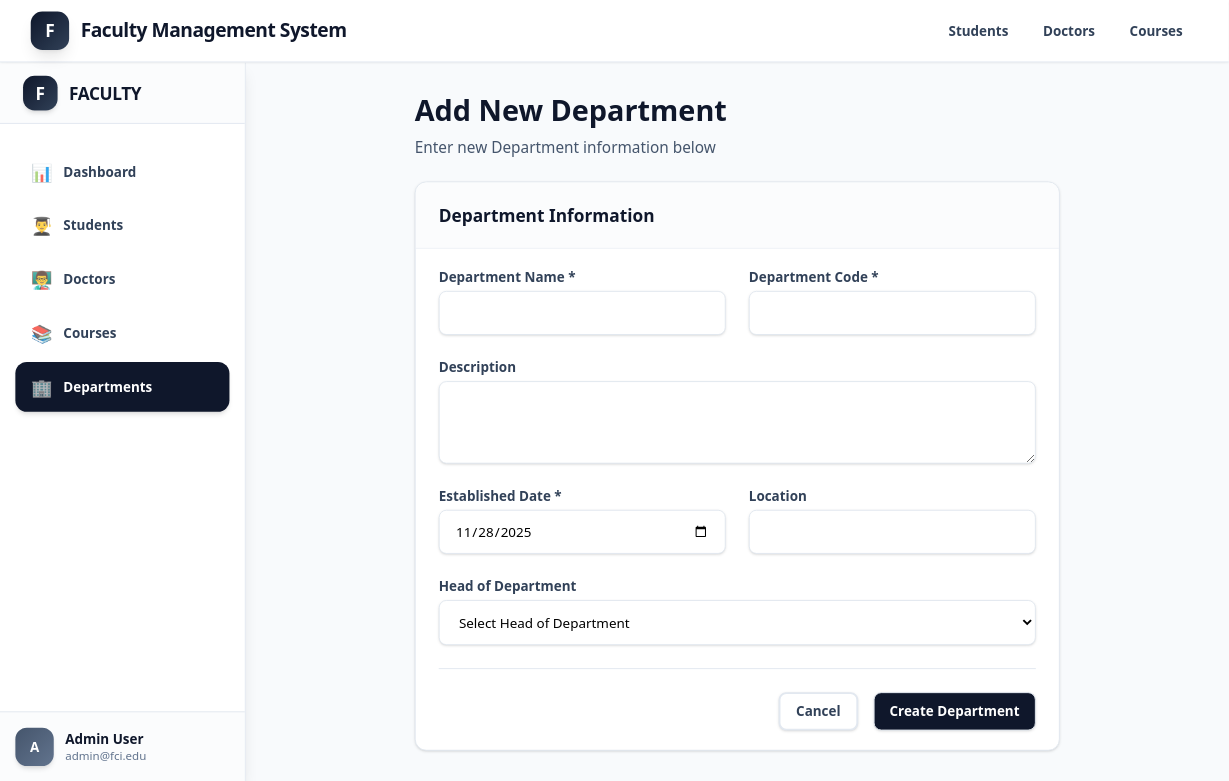
Repository: Mohamedmohsen179/Advanced-DB-Task
Page: /departments/new (app in frontend/)
An editor plug-in stored every save of this project. The page is shown before and after the next save, followed by the edit.
The browser window is 1280 px wide. The pictures show the whole page, at 96% of full size.
The page's requests for data from a server got no answer. The project was rebuilt for these pictures with package versions that can differ from the ones it lists, and the page was loaded fresh each time. The framework's server and built-in components were replaced by stand-ins that run in the browser. No one was signed in, and anything a server would have sent is missing. Also part of the build but not shown: frontend/next.config.ts.

Above is the page before, as saved 2025-11-29 01:51:14.

After the next save:
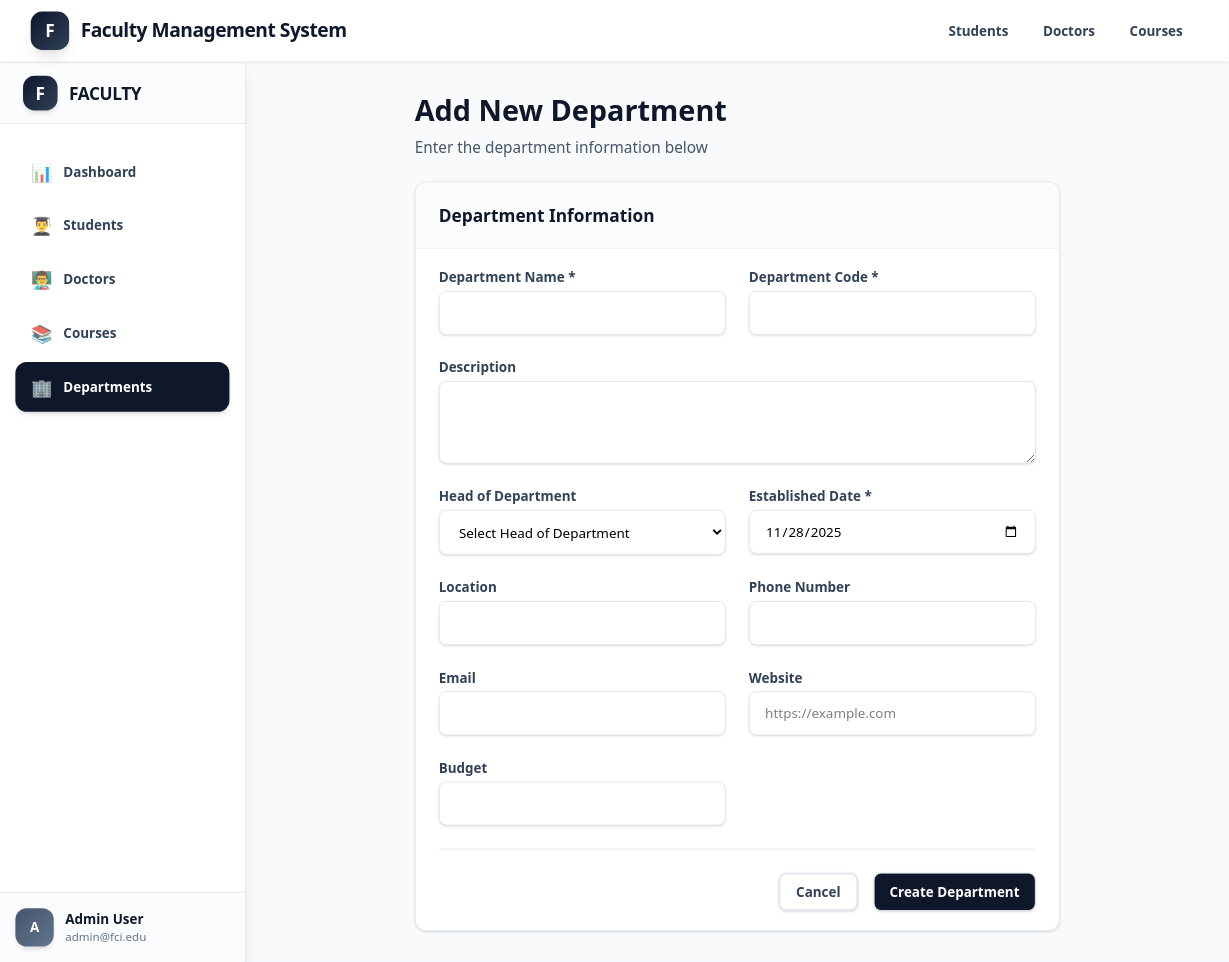
Saved 50 s later.
--- a/frontend/app/departments/new/page.tsx
+++ b/frontend/app/departments/new/page.tsx
@@ -42,6 +42,7 @@
   };
 
   const handleInputChange = (e: React.ChangeEvent<HTMLInputElement | HTMLSelectElement | HTMLTextAreaElement>) => {
+    z
   };
 
   const handleSubmit = async (e: React.FormEvent) => {
@@ -55,11 +56,11 @@
       if (response.success) {
         router.push('/departments');
       } else {
-        setError('Failed to create the new Department');
+        setError('Failed to create department');
       }
     } catch (err) {
-      setError('An error occurred while creating the Department');
-      console.error('Error creating Department:', err);
+      setError('An error occurred while creating the department');
+      console.error('Error creating department:', err);
     } finally {
       setLoading(false);
     }
@@ -70,7 +71,7 @@
       <div className="mb-6">
         <h1 className="text-3xl font-bold text-slate-900">Add New Department</h1>
         <p className="mt-2 text-base text-slate-600">
-          Enter new Department information below
+          Enter the department information below
         </p>
       </div>
 
@@ -144,6 +145,26 @@
               </div>
 
               <div>
+                <label htmlFor="headOfDepartmentId" className="block text-sm font-semibold text-slate-700">
+                  Head of Department
+                </label>
+                <select
+                  id="headOfDepartmentId"
+                  name="headOfDepartmentId"
+                  value={formData.headOfDepartmentId || ''}
+                  onChange={handleInputChange}
+                  className="text-black mt-1 block w-full border border-slate-300 rounded-lg px-4 py-3 text-sm focus:outline-none focus:ring-2 focus:ring-slate-500 focus:border-slate-500 transition-all duration-200 bg-white shadow-sm"
+                >
+                  <option value="">Select Head of Department</option>
+                  {doctors.map(doctor => (
+                    <option key={doctor.id} value={doctor.id}>
+                      Dr. {doctor.firstName} {doctor.lastName}
+                    </option>
+                  ))}
+                </select>
+              </div>
+
+              <div>
                 <label htmlFor="establishedDate" className="block text-sm font-semibold text-slate-700">
                   Established Date *
                 </label>
@@ -171,26 +192,65 @@
                   className="text-black mt-1 block w-full border border-slate-300 rounded-lg px-4 py-3 text-sm focus:outline-none focus:ring-2 focus:ring-slate-500 focus:border-slate-500 transition-all duration-200 bg-white shadow-sm"
                 />
               </div>
-            </div>
-
-            <div>
-              <label htmlFor="headOfDepartmentId" className="block text-sm font-semibold text-slate-700">
-                Head of Department
-              </label>
-              <select
-                id="headOfDepartmentId"
-                name="headOfDepartmentId"
-                value={formData.headOfDepartmentId || ''}
-                onChange={handleInputChange}
-                className="text-black mt-1 block w-full border border-slate-300 rounded-lg px-4 py-3 text-sm focus:outline-none focus:ring-2 focus:ring-slate-500 focus:border-slate-500 transition-all duration-200 bg-white shadow-sm"
-              >
-                <option value="">Select Head of Department</option>
-                {doctors.map(doctor => (
-                  <option key={doctor.id} value={doctor.id}>
-                    Dr. {doctor.firstName} {doctor.lastName}
-                  </option>
-                ))}
-              </select>
+
+              <div>
+                <label htmlFor="phoneNumber" className="block text-sm font-semibold text-slate-700">
+                  Phone Number
+                </label>
+                <input
+                  type="tel"
+                  id="phoneNumber"
+                  name="phoneNumber"
+                  value={formData.phoneNumber}
+                  onChange={handleInputChange}
+                  className="text-black mt-1 block w-full border border-slate-300 rounded-lg px-4 py-3 text-sm focus:outline-none focus:ring-2 focus:ring-slate-500 focus:border-slate-500 transition-all duration-200 bg-white shadow-sm"
+                />
+              </div>
+
+              <div>
+                <label htmlFor="email" className="block text-sm font-semibold text-slate-700">
+                  Email
+                </label>
+                <input
+                  type="email"
+                  id="email"
+                  name="email"
+                  value={formData.email}
+                  onChange={handleInputChange}
+                  className="text-black mt-1 block w-full border border-slate-300 rounded-lg px-4 py-3 text-sm focus:outline-none focus:ring-2 focus:ring-slate-500 focus:border-slate-500 transition-all duration-200 bg-white shadow-sm"
+                />
+              </div>
+
+              <div>
+                <label htmlFor="website" className="block text-sm font-semibold text-slate-700">
+                  Website
+                </label>
+                <input
+                  type="url"
+                  id="website"
+                  name="website"
+                  value={formData.website}
+                  onChange={handleInputChange}
+                  placeholder="https://example.com"
+                  className="text-black mt-1 block w-full border border-slate-300 rounded-lg px-4 py-3 text-sm focus:outline-none focus:ring-2 focus:ring-slate-500 focus:border-slate-500 transition-all duration-200 bg-white shadow-sm"
+                />
+              </div>
+
+              <div>
+                <label htmlFor="budget" className="block text-sm font-semibold text-slate-700">
+                  Budget
+                </label>
+                <input
+                  type="number"
+                  id="budget"
+                  name="budget"
+                  min="0"
+                  step="0.01"
+                  value={formData.budget || ''}
+                  onChange={handleInputChange}
+                  className="text-black mt-1 block w-full border border-slate-300 rounded-lg px-4 py-3 text-sm focus:outline-none focus:ring-2 focus:ring-slate-500 focus:border-slate-500 transition-all duration-200 bg-white shadow-sm"
+                />
+              </div>
             </div>
 
             <div className="flex justify-end space-x-4 pt-6 border-t border-slate-200">

After the 3 saves that followed:
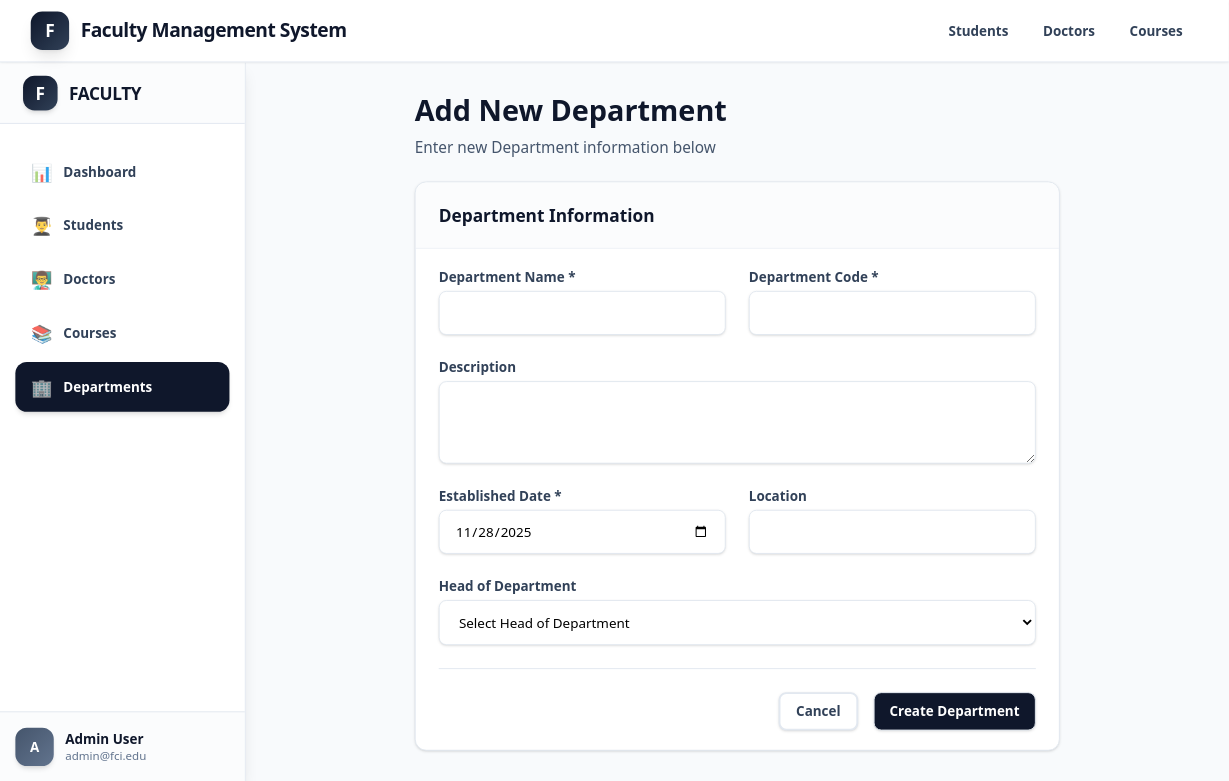
The 3 saves are shown as one change because 2 left the picture as it was.
The last was saved 27 s later.
--- a/frontend/app/departments/new/page.tsx
+++ b/frontend/app/departments/new/page.tsx
@@ -42,7 +42,6 @@
   };
 
   const handleInputChange = (e: React.ChangeEvent<HTMLInputElement | HTMLSelectElement | HTMLTextAreaElement>) => {
-    z
   };
 
   const handleSubmit = async (e: React.FormEvent) => {
@@ -56,11 +55,11 @@
       if (response.success) {
         router.push('/departments');
       } else {
-        setError('Failed to create department');
+        setError('Failed to create the new Department');
       }
     } catch (err) {
-      setError('An error occurred while creating the department');
-      console.error('Error creating department:', err);
+      setError('An error occurred while creating the Department');
+      console.error('Error creating Department:', err);
     } finally {
       setLoading(false);
     }
@@ -71,7 +70,7 @@
       <div className="mb-6">
         <h1 className="text-3xl font-bold text-slate-900">Add New Department</h1>
         <p className="mt-2 text-base text-slate-600">
-          Enter the department information below
+          Enter new Department information below
         </p>
       </div>
 
@@ -145,26 +144,6 @@
               </div>
 
               <div>
-                <label htmlFor="headOfDepartmentId" className="block text-sm font-semibold text-slate-700">
-                  Head of Department
-                </label>
-                <select
-                  id="headOfDepartmentId"
-                  name="headOfDepartmentId"
-                  value={formData.headOfDepartmentId || ''}
-                  onChange={handleInputChange}
-                  className="text-black mt-1 block w-full border border-slate-300 rounded-lg px-4 py-3 text-sm focus:outline-none focus:ring-2 focus:ring-slate-500 focus:border-slate-500 transition-all duration-200 bg-white shadow-sm"
-                >
-                  <option value="">Select Head of Department</option>
-                  {doctors.map(doctor => (
-                    <option key={doctor.id} value={doctor.id}>
-                      Dr. {doctor.firstName} {doctor.lastName}
-                    </option>
-                  ))}
-                </select>
-              </div>
-
-              <div>
                 <label htmlFor="establishedDate" className="block text-sm font-semibold text-slate-700">
                   Established Date *
                 </label>
@@ -192,65 +171,26 @@
                   className="text-black mt-1 block w-full border border-slate-300 rounded-lg px-4 py-3 text-sm focus:outline-none focus:ring-2 focus:ring-slate-500 focus:border-slate-500 transition-all duration-200 bg-white shadow-sm"
                 />
               </div>
-
-              <div>
-                <label htmlFor="phoneNumber" className="block text-sm font-semibold text-slate-700">
-                  Phone Number
-                </label>
-                <input
-                  type="tel"
-                  id="phoneNumber"
-                  name="phoneNumber"
-                  value={formData.phoneNumber}
-                  onChange={handleInputChange}
-                  className="text-black mt-1 block w-full border border-slate-300 rounded-lg px-4 py-3 text-sm focus:outline-none focus:ring-2 focus:ring-slate-500 focus:border-slate-500 transition-all duration-200 bg-white shadow-sm"
-                />
-              </div>
-
-              <div>
-                <label htmlFor="email" className="block text-sm font-semibold text-slate-700">
-                  Email
-                </label>
-                <input
-                  type="email"
-                  id="email"
-                  name="email"
-                  value={formData.email}
-                  onChange={handleInputChange}
-                  className="text-black mt-1 block w-full border border-slate-300 rounded-lg px-4 py-3 text-sm focus:outline-none focus:ring-2 focus:ring-slate-500 focus:border-slate-500 transition-all duration-200 bg-white shadow-sm"
-                />
-              </div>
-
-              <div>
-                <label htmlFor="website" className="block text-sm font-semibold text-slate-700">
-                  Website
-                </label>
-                <input
-                  type="url"
-                  id="website"
-                  name="website"
-                  value={formData.website}
-                  onChange={handleInputChange}
-                  placeholder="https://example.com"
-                  className="text-black mt-1 block w-full border border-slate-300 rounded-lg px-4 py-3 text-sm focus:outline-none focus:ring-2 focus:ring-slate-500 focus:border-slate-500 transition-all duration-200 bg-white shadow-sm"
-                />
-              </div>
-
-              <div>
-                <label htmlFor="budget" className="block text-sm font-semibold text-slate-700">
-                  Budget
-                </label>
-                <input
-                  type="number"
-                  id="budget"
-                  name="budget"
-                  min="0"
-                  step="0.01"
-                  value={formData.budget || ''}
-                  onChange={handleInputChange}
-                  className="text-black mt-1 block w-full border border-slate-300 rounded-lg px-4 py-3 text-sm focus:outline-none focus:ring-2 focus:ring-slate-500 focus:border-slate-500 transition-all duration-200 bg-white shadow-sm"
-                />
-              </div>
+            </div>
+
+            <div>
+              <label htmlFor="headOfDepartmentId" className="block text-sm font-semibold text-slate-700">
+                Head of Department
+              </label>
+              <select
+                id="headOfDepartmentId"
+                name="headOfDepartmentId"
+                value={formData.headOfDepartmentId || ''}
+                onChange={handleInputChange}
+                className="text-black mt-1 block w-full border border-slate-300 rounded-lg px-4 py-3 text-sm focus:outline-none focus:ring-2 focus:ring-slate-500 focus:border-slate-500 transition-all duration-200 bg-white shadow-sm"
+              >
+                <option value="">Select Head of Department</option>
+                {doctors.map(doctor => (
+                  <option key={doctor.id} value={doctor.id}>
+                    Dr. {doctor.firstName} {doctor.lastName}
+                  </option>
+                ))}
+              </select>
             </div>
 
             <div className="flex justify-end space-x-4 pt-6 border-t border-slate-200">
